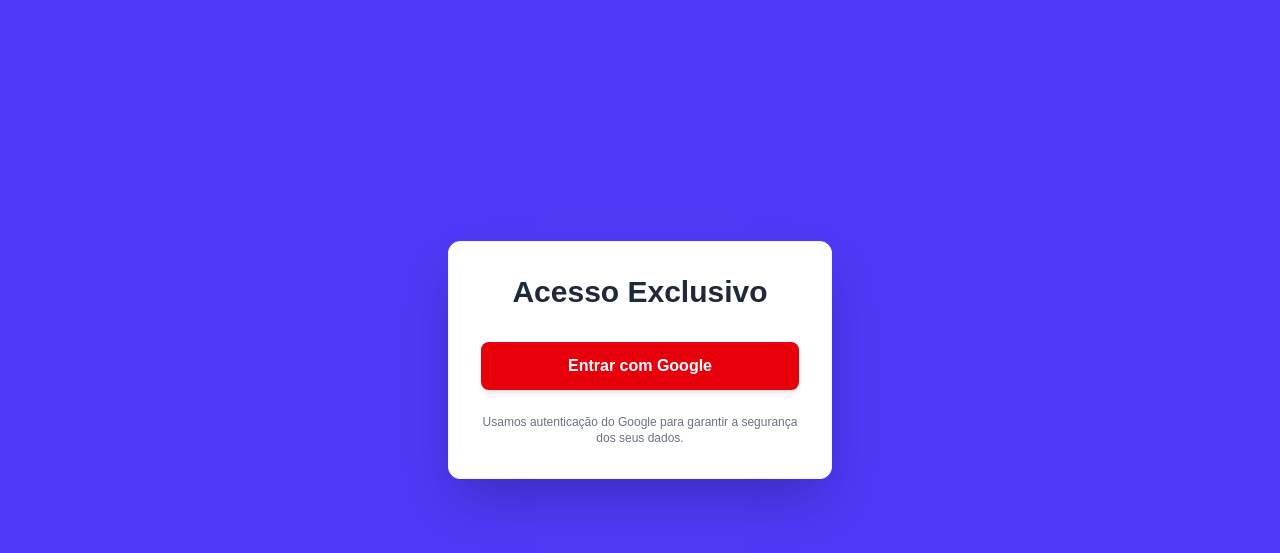
Repository: NunesJulia/faladireito-ai
Page: /login
An editor plug-in stored every save of this project. The page is shown before and after the next save, followed by the edit.
The browser window is 1280 px wide. The pictures show the whole page.
The project was rebuilt for these pictures with package versions that can differ from the ones it lists, and the page was loaded fresh each time. The framework's server and built-in components were replaced by stand-ins that run in the browser. Also part of the build but not shown: next.config.ts.

Above is the page before, as saved 2025-12-08 19:17:22.

After the next save:
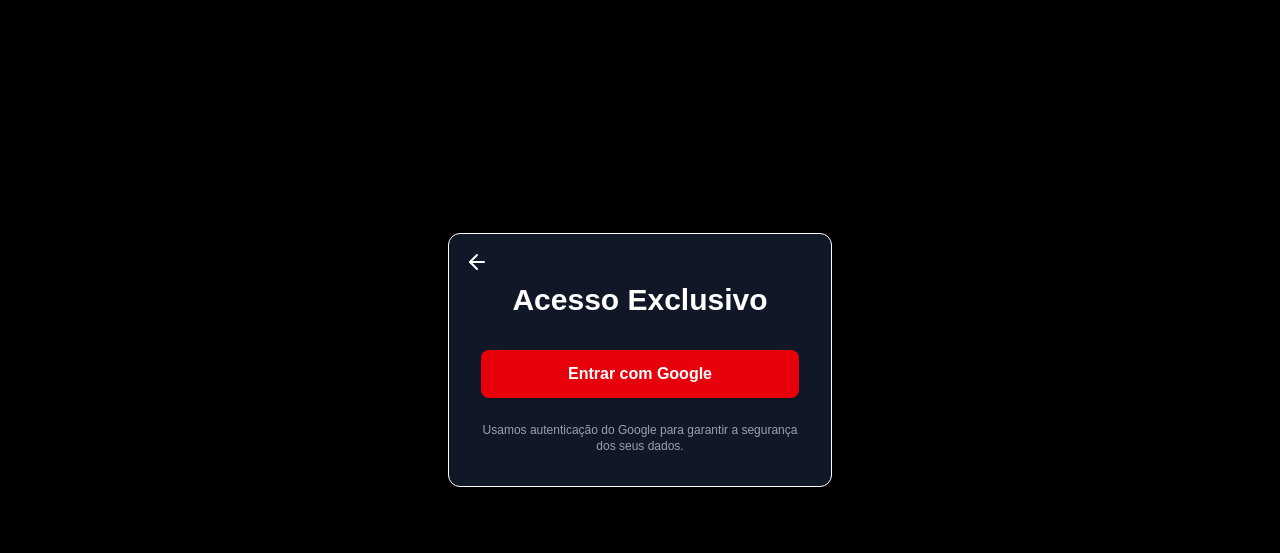
Saved 6 min 41 s later.
--- a/app/login/login_component.tsx
+++ b/app/login/login_component.tsx
@@ -1,14 +1,15 @@
 // app/login/login_component.tsx
 "use client";
 
-import { Loader2 } from "lucide-react";
+import { Loader2, ArrowLeft } from "lucide-react"; // Adicionado ArrowLeft
 import { useState, useEffect } from "react";
 import { signIn } from "next-auth/react";
-import { useSearchParams } from "next/navigation";
+import { useSearchParams, useRouter } from "next/navigation"; // Adicionado useRouter
 
 export default function LoginPage() {
   const [isLoading, setIsLoading] = useState(false);
   const searchParams = useSearchParams();
+  const router = useRouter(); // Inicializando o router
   const errorParam = searchParams.get("error");
 
   const [error, setError] = useState<string | null>(null);
@@ -26,15 +27,31 @@
     await signIn("google", { callbackUrl: "/prompt" });
   };
 
+  const handleGoBack = () => {
+    router.push("/");
+  };
+
   return (
-    <div className="flex bg-indigo-600 flex-col items-center justify-center min-h-[50vh] h-screen p-6">
-      <div className="w-full max-w-sm bg-white p-8 rounded-xl shadow-2xl border border-gray-100">
-        <h2 className="text-3xl font-bold text-center text-gray-800 mb-8">
+    // Fundo da tela preto
+    <div className="flex bg-black flex-col items-center justify-center min-h-[50vh] h-screen p-6">
+      {/* Caixa de Login com fundo escuro e borda branca */}
+      <div className="relative w-full max-w-sm bg-gray-900 p-8 rounded-xl shadow-2xl border border-white">
+
+        {/* Botão de Voltar para Home */}
+        <button
+          onClick={handleGoBack}
+          className="absolute top-4 left-4 text-white hover:text-gray-400 transition duration-150"
+          aria-label="Voltar para a página inicial"
+        >
+          <ArrowLeft className="w-6 h-6" />
+        </button>
+
+        <h2 className="text-3xl font-bold text-center text-white mt-4 mb-8">
           Acesso Exclusivo
         </h2>
 
         {error && (
-          <p className="text-sm text-red-600 bg-red-100 p-3 rounded-lg mb-4 text-center">
+          <p className="text-sm text-red-400 bg-red-900/50 p-3 rounded-lg mb-4 text-center border border-red-700">
             {error}
           </p>
         )}
@@ -43,7 +60,10 @@
           onClick={handleLogin}
           disabled={isLoading}
           className={`w-full cursor-pointer py-3 px-4 rounded-lg font-semibold transition duration-300 flex items-center justify-center
-            ${isLoading ? "bg-gray-400 cursor-not-allowed" : "bg-red-600 hover:bg-red-700 text-white shadow-md"}`}
+            ${isLoading
+                ? "bg-gray-600 text-gray-400 cursor-not-allowed"
+                : "bg-red-600 hover:bg-red-700 text-white shadow-lg"
+            }`}
         >
           {isLoading ? (
             <>
@@ -55,7 +75,7 @@
           )}
         </button>
 
-        <p className="mt-6 text-xs text-gray-500 text-center">
+        <p className="mt-6 text-xs text-gray-400 text-center">
           Usamos autenticação do Google para garantir a segurança dos seus dados.
         </p>
       </div>
